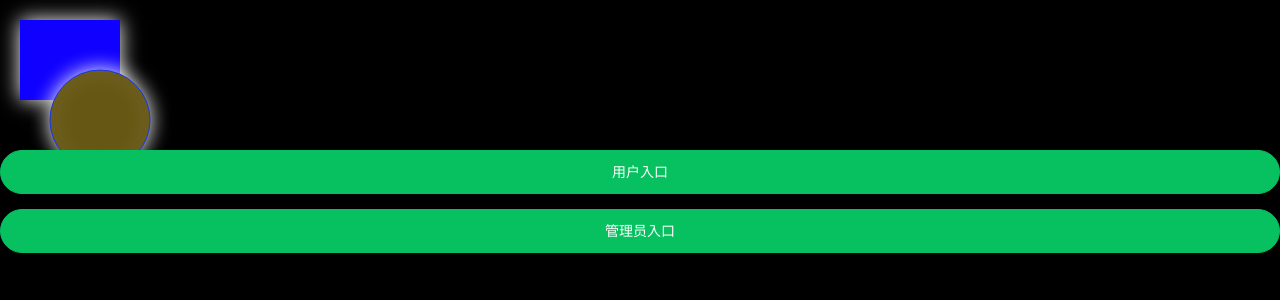
Repository: fisher002/sports
Page: /
These files come from the project's save history. The page is drawn as it stood at one moment and after the next save; the edit follows.
The browser window is 1280 px wide. The pictures show the whole page.
The project was rebuilt for these pictures with package versions that can differ from the ones it lists, and the page was loaded fresh each time. Also part of the build but not shown: src/components/public/bottom.vue, src/views/mobile-index/indexUrl.js, src/views/mobile-admin/admin-login/loginUrl.js, src/components/public/top.vue, src/views/mobile-index/mobileIndex.vue, src/utils/comUtils.js, src/views/mobile-index/index.vue, src/views/mobile-index/detailcompate.vue and 68 more.

Above is the page before, as saved 2020-05-04 13:46:49.

After the next save:
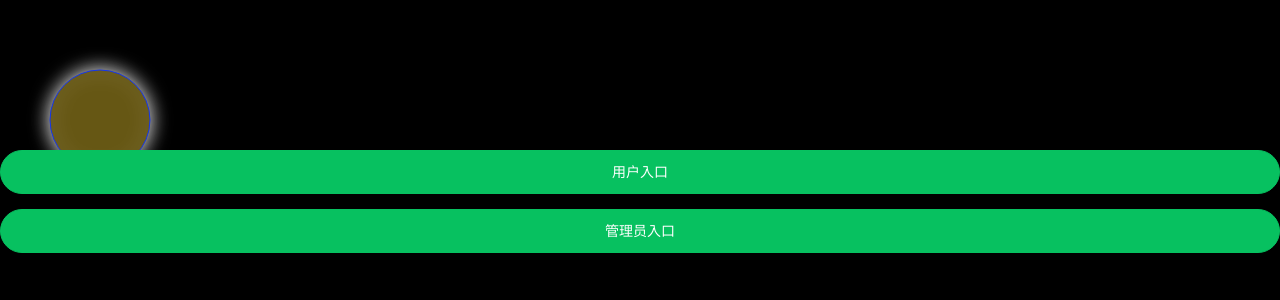
Saved 40 s later.
--- a/src/views/index.vue
+++ b/src/views/index.vue
@@ -29,8 +29,6 @@ export default {
     let ctx = canvas.getContext("2d");
     ctx.shadowBlur = 20;
     ctx.shadowColor = "#ffffff";
-    ctx.fillStyle = "#1000ff";
-    ctx.fillRect(20, 20, 100, 80);
     ctx.fillStyle = "#665714";
     ctx.strokeStyle = "#1536ec";
     ctx.beginPath();
